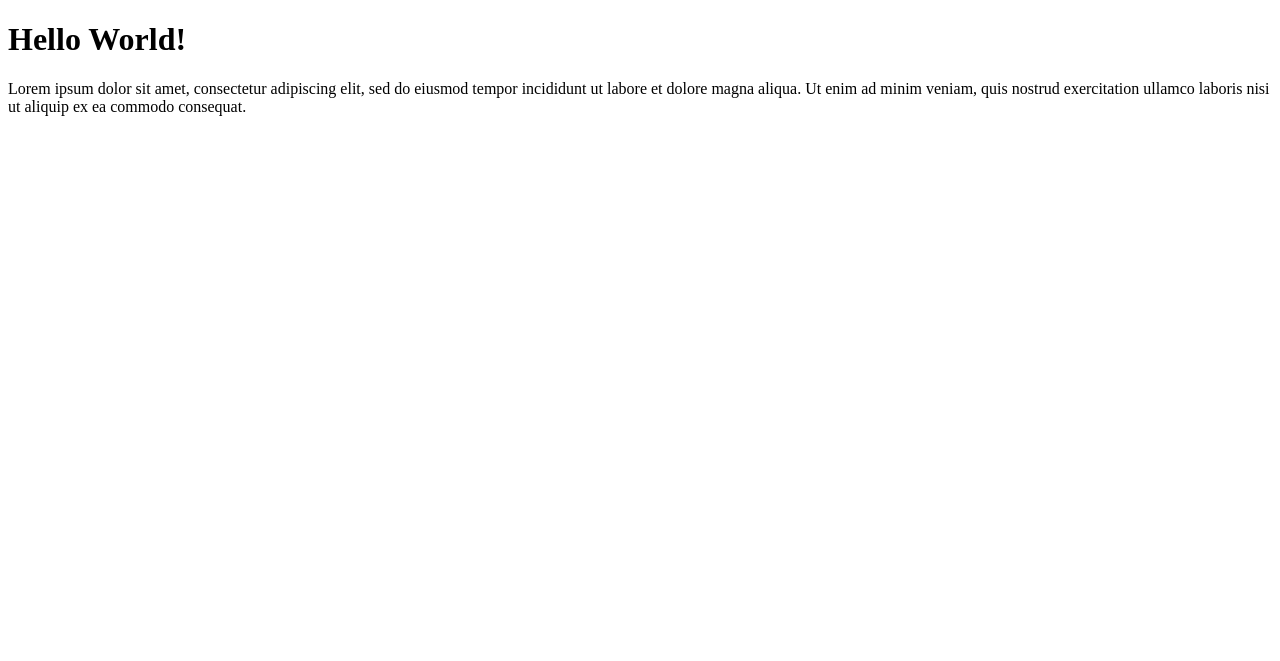
Repository: HeliosAI9/First-test-website
Page: mywebsite/html-boilerplate/index.html
These files come from the project's save history. The page is drawn as it stood at one moment and after the next save; the edit follows.
The browser window is 1280 px wide. The pictures show the whole page.

Above is the page before, as saved 2023-05-14 15:35:39.

### mywebsite/html-boilerplate/index.html
<!DOCTYPE html>
<html lang="en">
  <head>
    <meta charset="UTF-8">
    <title>My First Webpage</title>
  </head>

  <body>
    <h1>Hello World!</h1>
  </body>
</html>

<body>
  Lorem ipsum dolor sit amet, consectetur adipiscing elit, sed do eiusmod tempor
  incididunt ut labore et dolore magna aliqua.

  Ut enim ad minim veniam, quis nostrud exercitation ullamco laboris
  nisi ut aliquip ex ea commodo consequat.
</body>

After the next save:
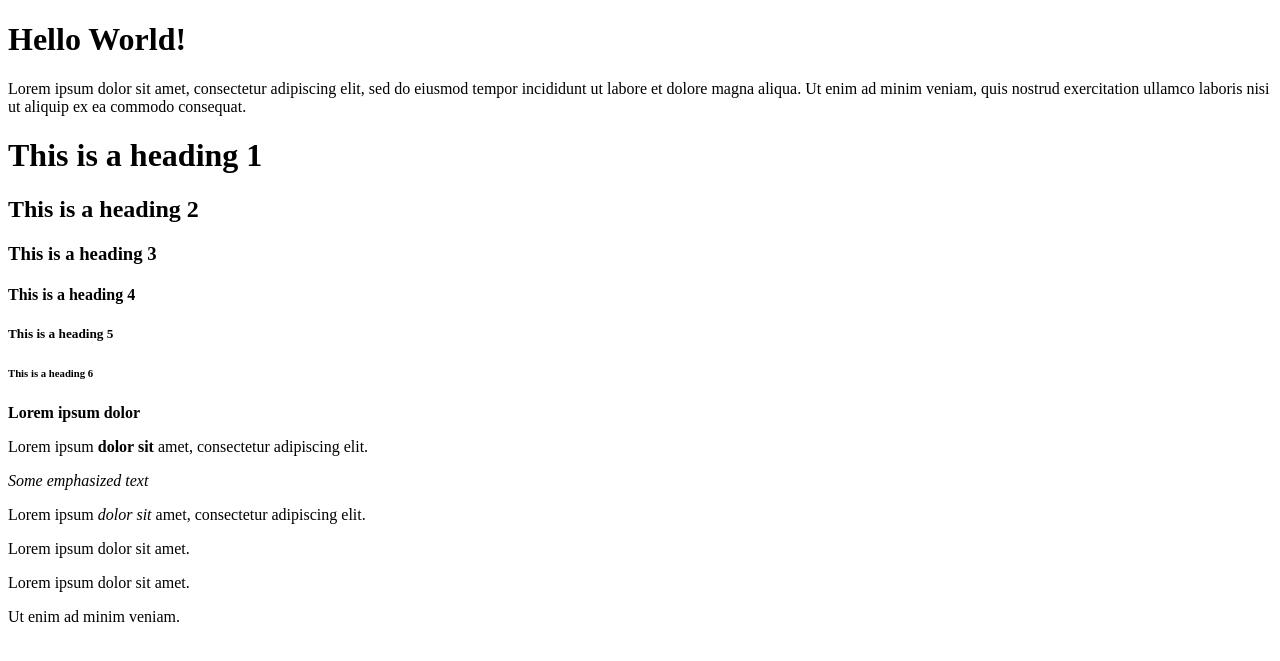
Saved 6 min 7 s later.
--- a/mywebsite/html-boilerplate/index.html
+++ b/mywebsite/html-boilerplate/index.html
@@ -17,3 +17,58 @@
   Ut enim ad minim veniam, quis nostrud exercitation ullamco laboris
   nisi ut aliquip ex ea commodo consequat.
 </body>
+<html>
+  <head>
+  </head>
+  <body>
+    <h1>This is a heading 1</h1>
+    <h2>This is a heading 2</h2>
+    <h3>This is a heading 3</h3>
+    <h4>This is a heading 4</h4>
+    <h5>This is a heading 5</h5>
+    <h6>This is a heading 6</h6>
+  </body>
+ </html>
+ <html>
+  <head>
+  </head>
+  <body>
+    <strong>Lorem ipsum dolor</strong>
+   </body>
+ </html>
+ <html>
+  <head>
+  </head>
+  <body>
+    <p>Lorem ipsum <strong>dolor sit</strong> amet, consectetur adipiscing elit.</p>
+  </body>
+</html>
+<html>
+  <head>
+  </head>
+  <body>
+    <em>Some emphasized text</em>
+  </body>
+ </html>
+ <html>
+  <head>
+  </head>
+  <body>
+    <p>Lorem ipsum <em>dolor sit</em> amet, consectetur adipiscing elit.</p>
+  </body>
+ </html>
+ <html>
+  <head>
+  </head>
+  <body>
+    <p>Lorem ipsum dolor sit amet.</p>
+  </body>
+ </html>
+ <html>
+  <head>
+  </head>
+  <body>
+    <p>Lorem ipsum dolor sit amet.</p>
+    <p>Ut enim ad minim veniam.</p>
+  </body>
+ </html>
